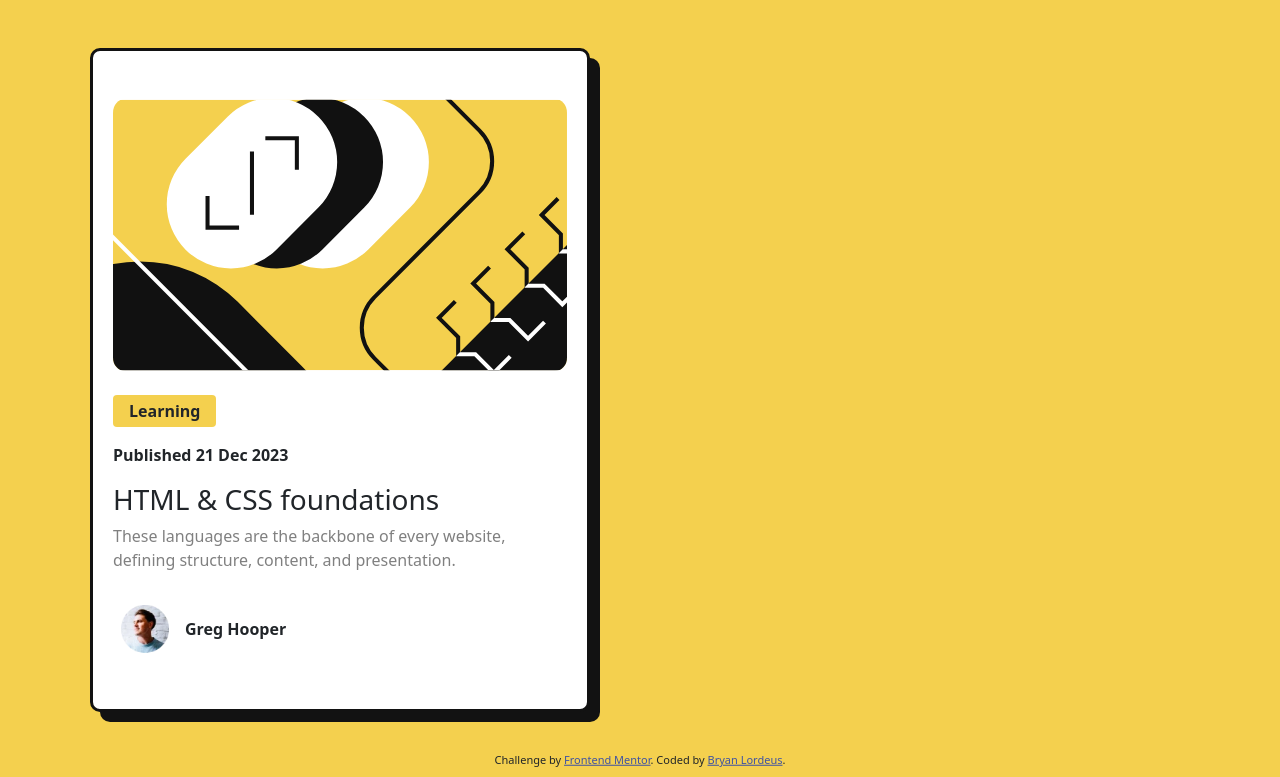
Repository: blordeus/blog-preview-card
Page: index.html
An editor plug-in stored every save of this project. The page is shown before and after a run of saves, followed by the edit.
The browser window is 1280 px wide. The pictures show the whole page.
The style sheet was rebuilt from its Sass, Less or Tailwind sources for each picture, by a compiler version that may differ from the author's.

Above is the page before, as saved 2024-02-10 10:54:13.

After the next 2 saves:
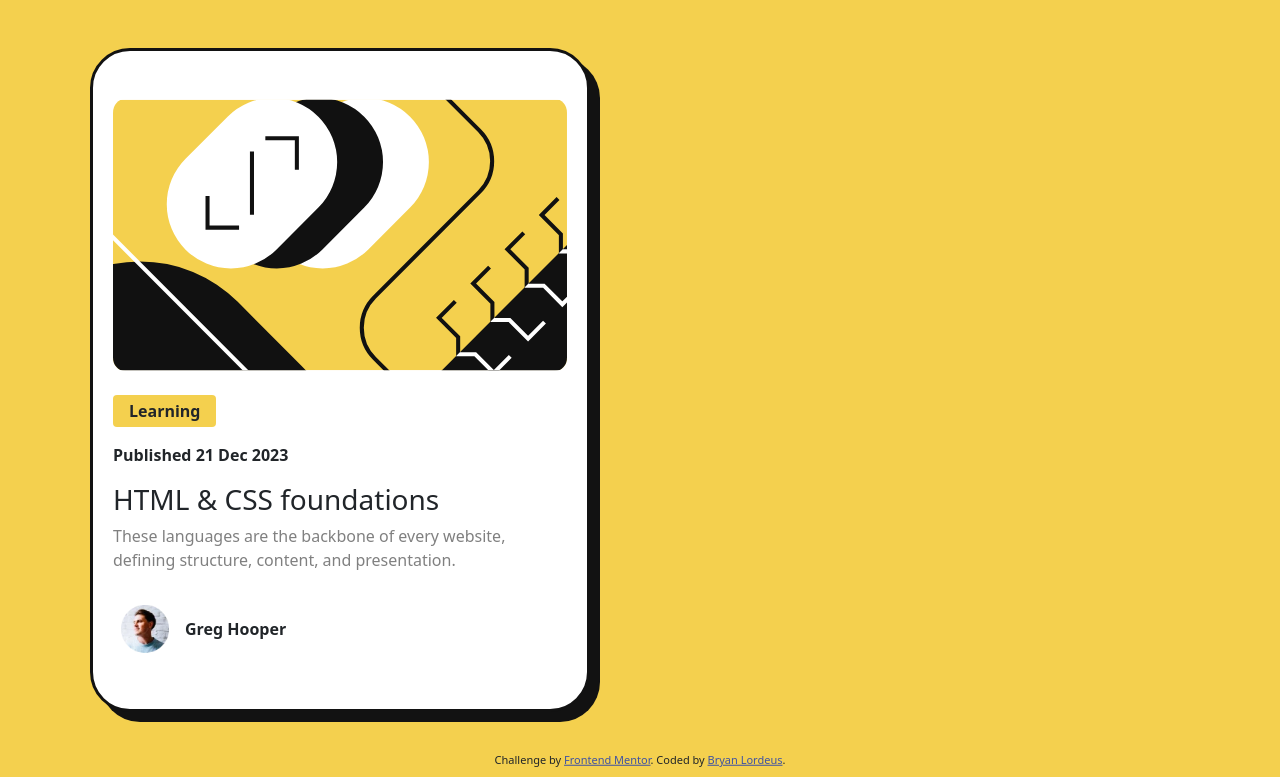
The 2 saves are shown as one change because they came seconds apart.
The last was saved 6 s later.
--- a/style.scss
+++ b/style.scss
@@ -88,7 +88,7 @@ p {
     main {
         max-width: 500px;
         margin: auto;
-        border-radius: 10px;
+        border-radius: 40px;
     }
 
 }
